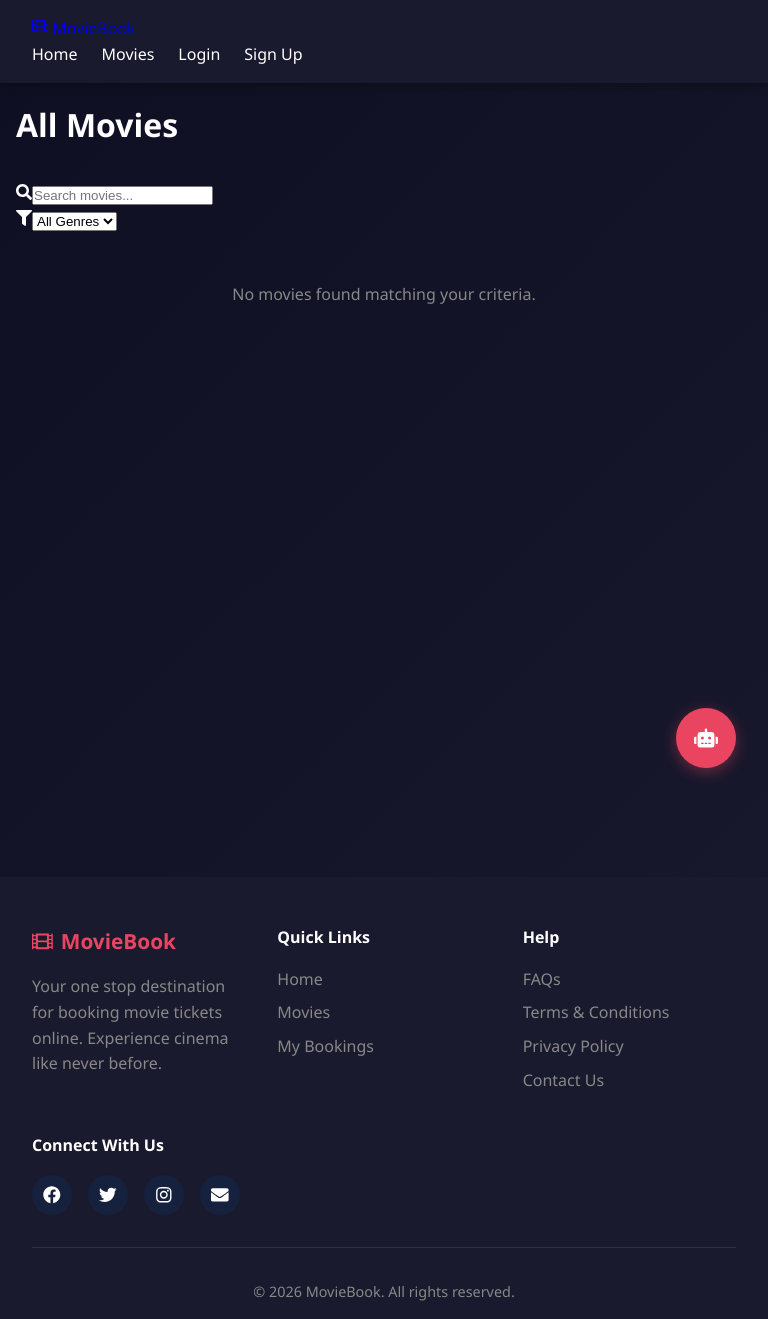
Repository: adithya11sci/movie_ticket_bookings
Page: /movies (app in frontend/)
These files come from the project's save history. The page is drawn as it stood at one moment and after the next save; the edit follows.
The browser window is 768 px wide. The pictures show the whole page.
The page's requests for data from a server got no answer. The project was rebuilt for these pictures with package versions that can differ from the ones it lists, and the page was loaded fresh each time. No one was signed in, and anything a server would have sent is missing. Also part of the build but not shown: frontend/vite.config.js, frontend/src/components/MovieCard.css, frontend/src/components/MovieCard.jsx, frontend/src/pages/Home.css, frontend/src/pages/Home.jsx, frontend/src/pages/Auth.css, frontend/src/pages/Login.jsx, frontend/src/pages/Register.jsx and 18 more.

Above is the page before, as saved 2026-02-02 12:13:36.

### frontend/index.html
<!doctype html>
<html lang="en">
  <head>
    <meta charset="UTF-8" />
    <link rel="icon" href="data:[embedded picture, 141 characters]" />
    <meta name="viewport" content="width=device-width, initial-scale=1.0" />
    <title>MovieBook - Book Movie Tickets Online</title>
  </head>
  <body>
    <div id="root"></div>
    <script type="module" src="/src/main.jsx"></script>
  </body>
</html>

### frontend/src/index.css
/* Reset and base styles */
* {
    margin: 0;
    padding: 0;
    box-sizing: border-box;
}

html {
    scroll-behavior: smooth;
}

body {
    font-family: 'Poppins', 'Segoe UI', Tahoma, Geneva, Verdana, sans-serif;
    -webkit-font-smoothing: antialiased;
    -moz-osx-font-smoothing: grayscale;
    background: linear-gradient(135deg, #0a0a1a 0%, #1a1a2e 50%, #16213e 100%);
    background-attachment: fixed;
    color: #fff;
    line-height: 1.6;
    min-height: 100vh;
}

#root {
    min-height: 100vh;
}

/* Custom scrollbar */
::-webkit-scrollbar {
    width: 8px;
}

::-webkit-scrollbar-track {
    background: #1a1a2e;
}

::-webkit-scrollbar-thumb {
    background: linear-gradient(180deg, #e94560, #ff6b6b);
    border-radius: 10px;
}

::-webkit-scrollbar-thumb:hover {
    background: linear-gradient(180deg, #ff6b6b, #e94560);
}

/* Global animations */
@keyframes fadeIn {
    from { opacity: 0; transform: translateY(20px); }
    to { opacity: 1; transform: translateY(0); }
}

@keyframes fadeInUp {
    from { opacity: 0; transform: translateY(40px); }
    to { opacity: 1; transform: translateY(0); }
}

@keyframes fadeInDown {
    from { opacity: 0; transform: translateY(-20px); }
    to { opacity: 1; transform: translateY(0); }
}

@keyframes slideInLeft {
    from { opacity: 0; transform: translateX(-50px); }
    to { opacity: 1; transform: translateX(0); }
}

@keyframes slideInRight {
    from { opacity: 0; transform: translateX(50px); }
    to { opacity: 1; transform: translateX(0); }
}

@keyframes pulse {
    0%, 100% { transform: scale(1); }
    50% { transform: scale(1.05); }
}

@keyframes glow {
    0%, 100% { box-shadow: 0 0 20px rgba(233, 69, 96, 0.3); }
    50% { box-shadow: 0 0 40px rgba(233, 69, 96, 0.6); }
}

@keyframes shimmer {
    0% { background-position: -200% 0; }
    100% { background-position: 200% 0; }
}

@keyframes float {
    0%, 100% { transform: translateY(0); }
    50% { transform: translateY(-10px); }
}

@keyframes rotateIn {
    from { opacity: 0; transform: rotate(-10deg) scale(0.9); }
    to { opacity: 1; transform: rotate(0) scale(1); }
}

/* Utility classes */
.animate-fade-in {
    animation: fadeIn 0.6s ease-out forwards;
}

.animate-fade-in-up {
    animation: fadeInUp 0.8s ease-out forwards;
}

.animate-slide-in-left {
    animation: slideInLeft 0.6s ease-out forwards;
}

.animate-slide-in-right {
    animation: slideInRight 0.6s ease-out forwards;
}

/* Gradient text */
.gradient-text {
    background: linear-gradient(135deg, #e94560, #ff6b6b, #ffd93d);
    -webkit-background-clip: text;
    -webkit-text-fill-color: transparent;
    background-clip: text;
}

/* Glass effect */
.glass {
    background: rgba(26, 26, 46, 0.8);
    backdrop-filter: blur(10px);
    -webkit-backdrop-filter: blur(10px);
    border: 1px solid rgba(255, 255, 255, 0.1);
}

/* Neon glow effect */
.neon-glow {
    box-shadow: 0 0 20px rgba(233, 69, 96, 0.4),
                0 0 40px rgba(233, 69, 96, 0.2),
                0 0 60px rgba(233, 69, 96, 0.1);
}

### frontend/src/App.jsx
import { BrowserRouter as Router, Routes, Route } from 'react-router-dom';
import { ToastContainer } from 'react-toastify';
import 'react-toastify/dist/ReactToastify.css';
import { AuthProvider } from './context/AuthContext';

// Components
import Navbar from './components/Navbar';
import Footer from './components/Footer';
import Chatbot from './components/Chatbot';

// Pages
import Home from './pages/Home';
import Movies from './pages/Movies';
import Login from './pages/Login';
import Register from './pages/Register';
import MovieDetails from './pages/MovieDetails';
import BookingPage from './pages/BookingPage';
import PaymentPage from './pages/PaymentPage';
import MyBookings from './pages/MyBookings';

// Admin Pages
import AdminDashboard from './pages/admin/AdminDashboard';
import ManageMovies from './pages/admin/ManageMovies';
import ManageTheaters from './pages/admin/ManageTheaters';
import ManageShowtimes from './pages/admin/ManageShowtimes';
import ManageBookings from './pages/admin/ManageBookings';
import ManageUsers from './pages/admin/ManageUsers';

import './App.css';

function App() {
    return (
        <AuthProvider>
            <Router>
                <div className="app">
                    <Navbar />
                    <main>
                        <Routes>
                            <Route path="/" element={<Home />} />
                            <Route path="/login" element={<Login />} />
                            <Route path="/register" element={<Register />} />
                            <Route path="/movie/:id" element={<MovieDetails />} />
                            <Route path="/movies" element={<Movies />} />
                            <Route path="/booking/:showtimeId" element={<BookingPage />} />
                            <Route path="/payment/:bookingId" element={<PaymentPage />} />
                            <Route path="/my-bookings" element={<MyBookings />} />

                            {/* Admin Routes */}
                            <Route path="/admin" element={<AdminDashboard />} />
                            <Route path="/admin/movies" element={<ManageMovies />} />
                            <Route path="/admin/theaters" element={<ManageTheaters />} />
                            <Route path="/admin/showtimes" element={<ManageShowtimes />} />
                            <Route path="/admin/bookings" element={<ManageBookings />} />
                            <Route path="/admin/users" element={<ManageUsers />} />
                        </Routes>
                    </main>
                    <Footer />
                    <Chatbot />
                    <ToastContainer
                        position="top-right"
                        autoClose={3000}
                        theme="dark"
                    />
                </div>
            </Router>
        </AuthProvider>
    );
}

export default App;

### frontend/src/context/AuthContext.jsx
import { createContext, useState, useEffect } from 'react';

export const AuthContext = createContext();

export const AuthProvider = ({ children }) => {
    const [user, setUser] = useState(null);
    const [loading, setLoading] = useState(true);

    // check if user is already logged in
    useEffect(() => {
        const storedUser = localStorage.getItem('user');
        if (storedUser) {
            setUser(JSON.parse(storedUser));
        }
        setLoading(false);
    }, []);

    // login function
    const login = (userData) => {
        setUser(userData);
        localStorage.setItem('user', JSON.stringify(userData));
    };

    // logout function
    const logout = () => {
        setUser(null);
        localStorage.removeItem('user');
    };

    return (
        <AuthContext.Provider value={{ user, login, logout, loading }}>
            {children}
        </AuthContext.Provider>
    );
};

### frontend/src/components/Navbar.jsx
import { Link, useNavigate } from 'react-router-dom';
import { useContext } from 'react';
import { AuthContext } from '../context/AuthContext';
import { FaFilm, FaUser, FaSignOutAlt } from 'react-icons/fa';
import './Navbar.css';

const Navbar = () => {
    const { user, logout } = useContext(AuthContext);
    const navigate = useNavigate();

    const handleLogout = () => {
        logout();
        navigate('/');
    };

    return (
        <nav className="navbar">
            <div className="nav-container">
                <Link to="/" className="nav-logo">
                    <FaFilm /> MovieBook
                </Link>

                <div className="nav-links">
                    <Link to="/" className="nav-link">Home</Link>
                    <Link to="/movies" className="nav-link">Movies</Link>

                    {user ? (
                        <>
                            <Link to="/my-bookings" className="nav-link">My Bookings</Link>
                            {user.role === 'admin' && (
                                <Link to="/admin" className="nav-link">Admin</Link>
                            )}
                            <div className="user-menu">
                                <span className="user-name">
                                    <FaUser /> {user.name}
                                </span>
                                <button onClick={handleLogout} className="logout-btn">
                                    <FaSignOutAlt /> Logout
                                </button>
                            </div>
                        </>
                    ) : (
                        <>
                            <Link to="/login" className="nav-link">Login</Link>
                            <Link to="/register" className="nav-link btn-register">Sign Up</Link>
                        </>
                    )}
                </div>
            </div>
        </nav>
    );
};

export default Navbar;

### frontend/src/components/Footer.jsx
import { Link } from 'react-router-dom';
import { FaFilm, FaFacebook, FaTwitter, FaInstagram, FaEnvelope } from 'react-icons/fa';
import './Footer.css';

const Footer = () => {
    return (
        <footer className="footer">
            <div className="footer-container">
                <div className="footer-section">
                    <h3><FaFilm /> MovieBook</h3>
                    <p>Your one stop destination for booking movie tickets online. Experience cinema like never before.</p>
                </div>

                <div className="footer-section">
                    <h4>Quick Links</h4>
                    <ul>
                        <li><Link to="/">Home</Link></li>
                        <li><Link to="/movies">Movies</Link></li>
                        <li><Link to="/my-bookings">My Bookings</Link></li>
                    </ul>
                </div>

                <div className="footer-section">
                    <h4>Help</h4>
                    <ul>
                        <li><a href="#">FAQs</a></li>
                        <li><a href="#">Terms & Conditions</a></li>
                        <li><a href="#">Privacy Policy</a></li>
                        <li><a href="#">Contact Us</a></li>
                    </ul>
                </div>

                <div className="footer-section">
                    <h4>Connect With Us</h4>
                    <div className="social-links">
                        <a href="#"><FaFacebook /></a>
                        <a href="#"><FaTwitter /></a>
                        <a href="#"><FaInstagram /></a>
                        <a href="#"><FaEnvelope /></a>
                    </div>
                </div>
            </div>

            <div className="footer-bottom">
                <p>&copy; 2026 MovieBook. All rights reserved.</p>
            </div>
        </footer>
    );
};

export default Footer;

### frontend/src/pages/Movies.jsx
import { useState, useEffect } from 'react';
import API from '../api/axios';
import MovieCard from '../components/MovieCard';
import { FaSearch, FaFilter } from 'react-icons/fa';
import './Movies.css';

const Movies = () => {
    const [movies, setMovies] = useState([]);
    const [filteredMovies, setFilteredMovies] = useState([]);
    const [loading, setLoading] = useState(true);
    const [searchQuery, setSearchQuery] = useState('');
    const [selectedGenre, setSelectedGenre] = useState('all');
    const [genres, setGenres] = useState([]);

    useEffect(() => {
        fetchMovies();
    }, []);

    const fetchMovies = async () => {
        try {
            const res = await API.get('/movies');
            setMovies(res.data);
            setFilteredMovies(res.data);

            // extract unique genres from movies
            const allGenres = res.data.flatMap(m => m.genre || []);
            const uniqueGenres = [...new Set(allGenres)];
            setGenres(uniqueGenres);
        } catch (error) {
            console.log('Error:', error);
        } finally {
            setLoading(false);
        }
    };

    // filter movies when search or genre changes
    useEffect(() => {
        let result = movies;

        // filter by search
        if (searchQuery) {
            result = result.filter(m =>
                m.title.toLowerCase().includes(searchQuery.toLowerCase())
            );
        }

        // filter by genre
        if (selectedGenre !== 'all') {
            result = result.filter(m =>
                m.genre?.includes(selectedGenre)
            );
        }

        setFilteredMovies(result);
    }, [searchQuery, selectedGenre, movies]);

    return (
        <div className="movies-page">
            <div className="movies-header">
                <h1>All Movies</h1>

                <div className="filters">
                    <div className="search-box">
                        <FaSearch />
                        <input
                            type="text"
                            placeholder="Search movies..."
                            value={searchQuery}
                            onChange={(e) => setSearchQuery(e.target.value)}
                        />
                    </div>

                    <div className="genre-filter">
                        <FaFilter />
                        <select
                            value={selectedGenre}
                            onChange={(e) => setSelectedGenre(e.target.value)}
                        >
                            <option value="all">All Genres</option>
                            {genres.map(genre => (
                                <option key={genre} value={genre}>{genre}</option>
                            ))}
                        </select>
                    </div>
                </div>
            </div>

            {loading ? (
                <div className="loading">Loading movies...</div>
            ) : filteredMovies.length > 0 ? (
                <div className="movies-grid">
                    {filteredMovies.map(movie => (
                        <MovieCard key={movie._id} movie={movie} />
                    ))}
                </div>
            ) : (
                <div className="no-movies">
                    <p>No movies found matching your criteria.</p>
                </div>
            )}
        </div>
    );
};

export default Movies;

### frontend/src/App.css
/* Global App Styles */
* {
    margin: 0;
    padding: 0;
    box-sizing: border-box;
}

body {
    font-family: 'Segoe UI', Tahoma, Geneva, Verdana, sans-serif;
    background: #0f0f23;
    color: #fff;
}

.app {
    min-height: 100vh;
    background: linear-gradient(135deg, #0f0f23 0%, #1a1a2e 100%);
}

main {
    min-height: calc(100vh - 70px);
}

a {
    text-decoration: none;
}

/* loading and error pages */
.loading-page, .error-page {
    display: flex;
    align-items: center;
    justify-content: center;
    height: 50vh;
    color: #888;
    font-size: 1.2rem;
}

/* scrollbar styles */
::-webkit-scrollbar {
    width: 8px;
}

::-webkit-scrollbar-track {
    background: #1a1a2e;
}

::-webkit-scrollbar-thumb {
    background: #e94560;
    border-radius: 5px;
}
}

### frontend/src/components/Navbar.css
.navbar {
    background: #1a1a2e;
    padding: 1rem 2rem;
    display: flex;
    justify-content: space-between;
    align-items: center;
    position: sticky;
    top: 0;
    z-index: 100;
    box-shadow: 0 2px 10px rgba(0, 0, 0, 0.3);
}

.nav-brand a {
    color: #e94560;
    font-size: 1.5rem;
    font-weight: bold;
}

.nav-search {
    flex: 1;
    max-width: 400px;
    margin: 0 2rem;
    position: relative;
}

.nav-search input {
    width: 100%;
    padding: 0.7rem 1rem 0.7rem 2.5rem;
    border: none;
    border-radius: 25px;
    background: #16213e;
    color: #fff;
    font-size: 0.9rem;
}

.nav-search input::placeholder {
    color: #888;
}

.nav-search i {
    position: absolute;
    left: 1rem;
    top: 50%;
    transform: translateY(-50%);
    color: #888;
}

.nav-links {
    display: flex;
    align-items: center;
    gap: 1.5rem;
}

.nav-links a {
    color: #fff;
    transition: color 0.3s;
}

.nav-links a:hover {
    color: #e94560;
}

.nav-links .admin-link {
    background: #e94560;
    padding: 0.5rem 1rem;
    border-radius: 5px;
}

.nav-links .admin-link:hover {
    background: #ff6b6b;
    color: #fff;
}

/* Search Results Dropdown */
.search-results {
    position: absolute;
    top: 100%;
    left: 0;
    right: 0;
    background: #1a1a2e;
    border-radius: 10px;
    margin-top: 0.5rem;
    max-height: 400px;
    overflow-y: auto;
    box-shadow: 0 5px 20px rgba(0, 0, 0, 0.5);
    z-index: 1000;
}

.search-result-item {
    display: flex;
    align-items: center;
    gap: 1rem;
    padding: 0.8rem 1rem;
    cursor: pointer;
    transition: background 0.3s;
}

.search-result-item:hover {
    background: #16213e;
}

.search-result-item img {
    width: 40px;
    height: 60px;
    object-fit: cover;
    border-radius: 5px;
}

.search-result-info h4 {
    color: #fff;
    font-size: 0.9rem;
    margin-bottom: 0.2rem;
}

.search-result-info p {
    color: #888;
    font-size: 0.75rem;
}

.no-results {
    padding: 1rem;
    text-align: center;
    color: #888;
}

@media (max-width: 768px) {
    .navbar {
        flex-wrap: wrap;
        gap: 1rem;
    }

    .nav-search {
        order: 3;
        max-width: 100%;
        margin: 0;
        width: 100%;
    }
}

### frontend/src/components/Footer.css
.footer {
    background: #1a1a2e;
    padding: 3rem 2rem 1rem;
    margin-top: 4rem;
}

.footer-container {
    max-width: 1200px;
    margin: 0 auto;
    display: grid;
    grid-template-columns: repeat(auto-fit, minmax(200px, 1fr));
    gap: 2rem;
}

.footer-section h3 {
    color: #e94560;
    font-size: 1.3rem;
    margin-bottom: 1rem;
    display: flex;
    align-items: center;
    gap: 0.5rem;
}

.footer-section h4 {
    color: #fff;
    margin-bottom: 1rem;
}

.footer-section p {
    color: #888;
    line-height: 1.6;
}

.footer-section ul {
    list-style: none;
}

.footer-section ul li {
    margin-bottom: 0.5rem;
}

.footer-section ul li a {
    color: #888;
    text-decoration: none;
    transition: color 0.3s;
}

.footer-section ul li a:hover {
    color: #e94560;
}

.social-links {
    display: flex;
    gap: 1rem;
}

.social-links a {
    width: 40px;
    height: 40px;
    background: #16213e;
    color: #fff;
    border-radius: 50%;
    display: flex;
    align-items: center;
    justify-content: center;
    font-size: 1.1rem;
    transition: all 0.3s;
}

.social-links a:hover {
    background: #e94560;
    transform: translateY(-3px);
}

.footer-bottom {
    text-align: center;
    padding-top: 2rem;
    margin-top: 2rem;
    border-top: 1px solid #2d3436;
}

.footer-bottom p {
    color: #888;
    font-size: 0.9rem;
}

### frontend/src/components/Chatbot.css
.chatbot-container {
    position: fixed;
    bottom: 2rem;
    right: 2rem;
    z-index: 999;
}

.chat-toggle {
    width: 60px;
    height: 60px;
    border-radius: 50%;
    background: #e94560;
    color: #fff;
    border: none;
    font-size: 1.5rem;
    cursor: pointer;
    display: flex;
    align-items: center;
    justify-content: center;
    box-shadow: 0 4px 15px rgba(233, 69, 96, 0.4);
    transition: all 0.3s;
}

.chat-toggle:hover {
    transform: scale(1.1);
}

.chat-toggle.active {
    background: #2d3436;
}

.chat-window {
    position: absolute;
    bottom: 80px;
    right: 0;
    width: 350px;
    height: 450px;
    background: #1a1a2e;
    border-radius: 15px;
    box-shadow: 0 10px 30px rgba(0, 0, 0, 0.5);
    display: flex;
    flex-direction: column;
    overflow: hidden;
}

.chat-header {
    background: linear-gradient(135deg, #e94560, #16213e);
    padding: 1rem;
    display: flex;
    align-items: center;
    gap: 0.5rem;
    color: #fff;
    font-weight: bold;
}

.chat-messages {
    flex: 1;
    padding: 1rem;
    overflow-y: auto;
    display: flex;
    flex-direction: column;
    gap: 0.8rem;
}

.message {
    max-width: 80%;
    padding: 0.8rem 1rem;
    border-radius: 15px;
    line-height: 1.4;
    white-space: pre-line;
}

.message.bot {
    background: #16213e;
    color: #fff;
    align-self: flex-start;
    border-bottom-left-radius: 5px;
}

.message.user {
    background: #e94560;
    color: #fff;
    align-self: flex-end;
    border-bottom-right-radius: 5px;
}

.chat-input {
    padding: 1rem;
    background: #16213e;
    display: flex;
    gap: 0.5rem;
}

.chat-input input {
    flex: 1;
    padding: 0.8rem 1rem;
    border: none;
    border-radius: 25px;
    background: #1a1a2e;
    color: #fff;
    font-size: 0.9rem;
}

.chat-input input:focus {
    outline: none;
}

.chat-input input::placeholder {
    color: #636e72;
}

.chat-input button {
    width: 40px;
    height: 40px;
    border-radius: 50%;
    background: #e94560;
    color: #fff;
    border: none;
    cursor: pointer;
    display: flex;
    align-items: center;
    justify-content: center;
    transition: background 0.3s;
}

.chat-input button:hover {
    background: #ff6b6b;
}

/* scrollbar styles */
.chat-messages::-webkit-scrollbar {
    width: 5px;
}

.chat-messages::-webkit-scrollbar-track {
    background: #16213e;
}

.chat-messages::-webkit-scrollbar-thumb {
    background: #e94560;
    border-radius: 5px;
}

/* responsive */
@media (max-width: 480px) {
    .chat-window {
        width: calc(100vw - 2rem);
        right: -1rem;
    }
}

### frontend/src/pages/Movies.css
.movies-page {
    padding: 2rem;
}

.movies-page h1 {
    margin-bottom: 2rem;
}

.filter-tabs {
    display: flex;
    gap: 1rem;
    margin-bottom: 2rem;
    flex-wrap: wrap;
}

.filter-tab {
    padding: 0.6rem 1.5rem;
    border: 1px solid #e94560;
    border-radius: 25px;
    background: transparent;
    color: #e94560;
    cursor: pointer;
    transition: all 0.3s;
}

.filter-tab:hover, .filter-tab.active {
    background: #e94560;
    color: #fff;
}

.movies-grid {
    display: grid;
    grid-template-columns: repeat(auto-fill, minmax(200px, 1fr));
    gap: 1.5rem;
}

.no-movies {
    text-align: center;
    color: #888;
    padding: 3rem;
}

@media (max-width: 768px) {
    .movies-page {
        padding: 1rem;
    }

    .movies-grid {
        grid-template-columns: repeat(auto-fill, minmax(150px, 1fr));
    }
}

Loaded but not shown: frontend/src/main.jsx (common file); frontend/src/api/axios.js (21 lines, source omitted); frontend/src/components/Chatbot.jsx (146 lines, source omitted)

After the next save:
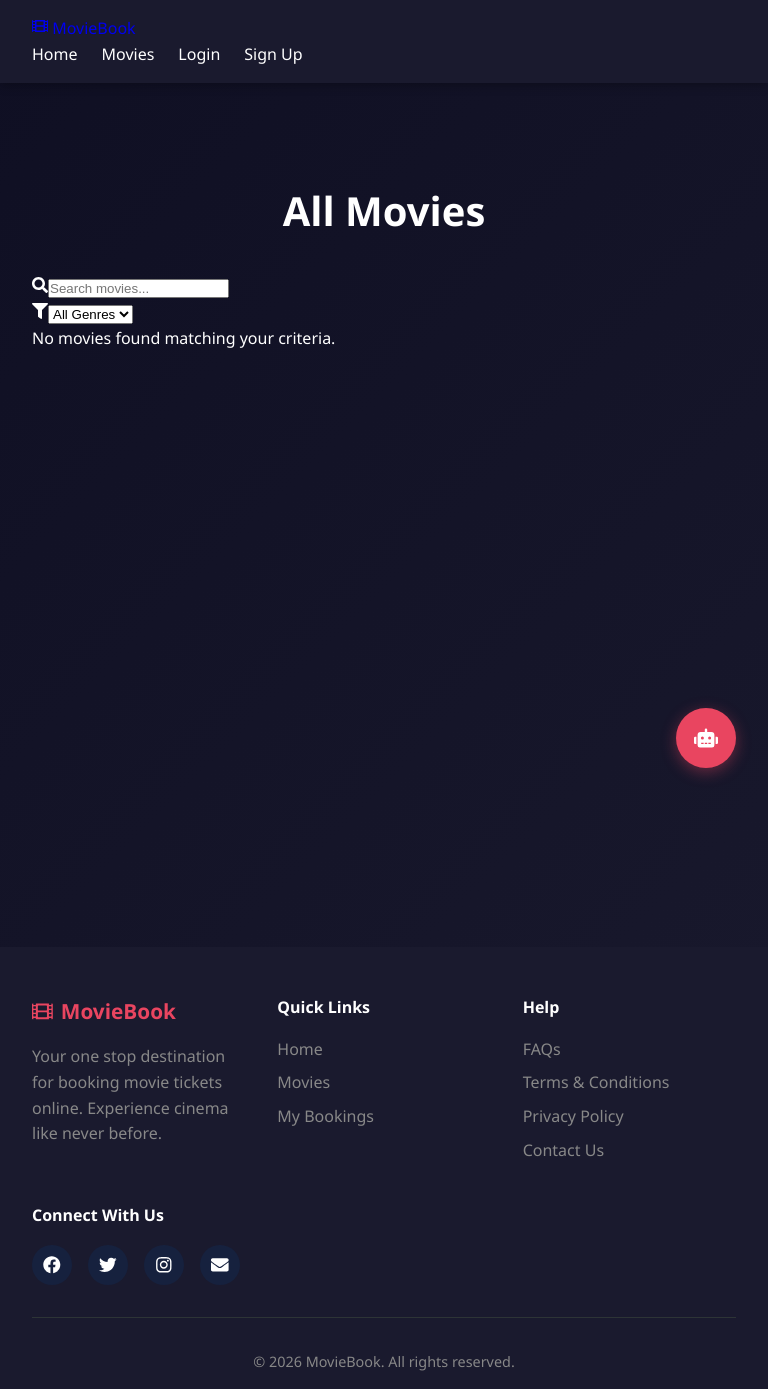
Saved 2 min 3 s later.
--- a/frontend/src/pages/Movies.css
+++ b/frontend/src/pages/Movies.css
@@ -1,51 +1,19 @@
 .movies-page {
-    padding: 2rem;
+    min-height: 100vh;
+    padding: 6rem 2rem 2rem;
+    max-width: 1400px;
+    margin: 0 auto;
 }
 
 .movies-page h1 {
+    font-size: 2.5rem;
     margin-bottom: 2rem;
-}
-
-.filter-tabs {
-    display: flex;
-    gap: 1rem;
-    margin-bottom: 2rem;
-    flex-wrap: wrap;
-}
-
-.filter-tab {
-    padding: 0.6rem 1.5rem;
-    border: 1px solid #e94560;
-    border-radius: 25px;
-    background: transparent;
-    color: #e94560;
-    cursor: pointer;
-    transition: all 0.3s;
-}
-
-.filter-tab:hover, .filter-tab.active {
-    background: #e94560;
     color: #fff;
+    text-align: center;
 }
 
 .movies-grid {
     display: grid;
-    grid-template-columns: repeat(auto-fill, minmax(200px, 1fr));
-    gap: 1.5rem;
+    grid-template-columns: repeat(auto-fill, minmax(260px, 1fr));
+    gap: 2rem;
 }
-
-.no-movies {
-    text-align: center;
-    color: #888;
-    padding: 3rem;
-}
-
-@media (max-width: 768px) {
-    .movies-page {
-        padding: 1rem;
-    }
-
-    .movies-grid {
-        grid-template-columns: repeat(auto-fill, minmax(150px, 1fr));
-    }
-}
